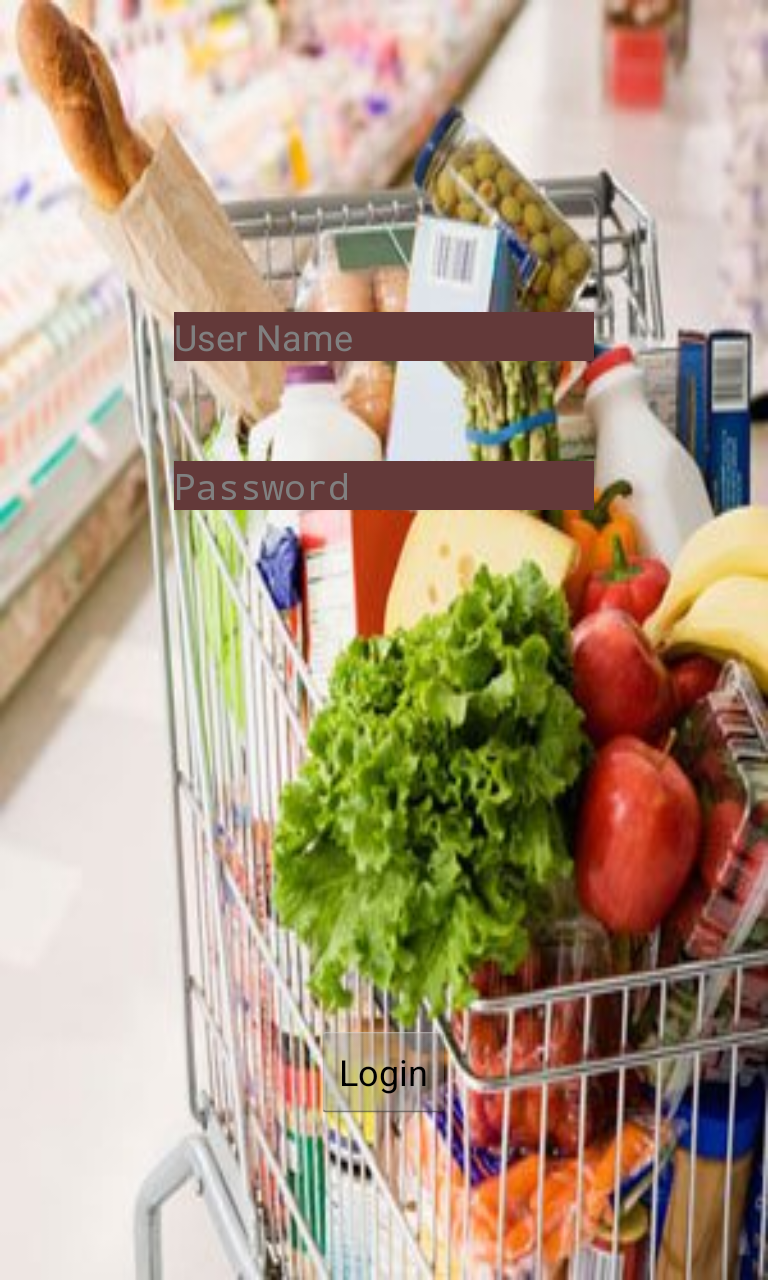
Repository: Shruthi06/designed-droid
Layout: explicitIntent_assignment/res/layout/activity_main.xml
The author's editor kept a copy of each file at every save. The layout is drawn from the files as they stood at one save, then again after the next save.
It is drawn on a 768 x 1280 px phone screen (xhdpi) without system bars, with theme AppTheme; the app's code is not run.

Above is the layout before, as saved 2016-02-03 10:30:51.

### explicitIntent_assignment/res/layout/activity_main.xml
<RelativeLayout xmlns:android="http://schemas.android.com/apk/res/android"
    xmlns:tools="http://schemas.android.com/tools"
    android:layout_width="match_parent"
    android:layout_height="match_parent"
    android:paddingBottom="@dimen/activity_vertical_margin"
    android:paddingLeft="@dimen/activity_horizontal_margin"
    android:paddingRight="@dimen/activity_horizontal_margin"
    android:paddingTop="@dimen/activity_vertical_margin"
    android:background="@drawable/kart"
    tools:context=".MainActivity" >

    <EditText
        android:id="@+id/editTextun"
        android:layout_width="wrap_content"
        android:layout_height="wrap_content"
        android:layout_alignParentTop="true"
        android:layout_centerHorizontal="true"
        android:layout_marginTop="140dp"
        android:ems="10"
        android:background="#633939"

        android:hint="User Name" >


        <requestFocus />
    </EditText>

    <EditText
        android:id="@+id/editTextpw"
        android:layout_width="wrap_content"
        android:layout_height="wrap_content"
        android:layout_below="@+id/editTextun"
        android:layout_centerHorizontal="true"
        android:layout_marginTop="50dp"
        android:ems="10"
        android:hint="Password"
        android:background="#633939"
        android:inputType="textPassword" />

    <Button
        android:id="@+id/buttonlogin"
        android:layout_width="wrap_content"
        android:layout_height="wrap_content"
        android:layout_alignParentBottom="true"
        android:layout_centerHorizontal="true"
        android:layout_marginBottom="64dp"
        android:text="Login" />

</RelativeLayout>

Loaded but not shown: explicitIntent_assignment/res/values/styles.xml (common file); explicitIntent_assignment/res/values-v11/styles.xml (common file); explicitIntent_assignment/res/values-v14/styles.xml (common file); explicitIntent_assignment/res/values/dimens.xml (common file)

After the next save:
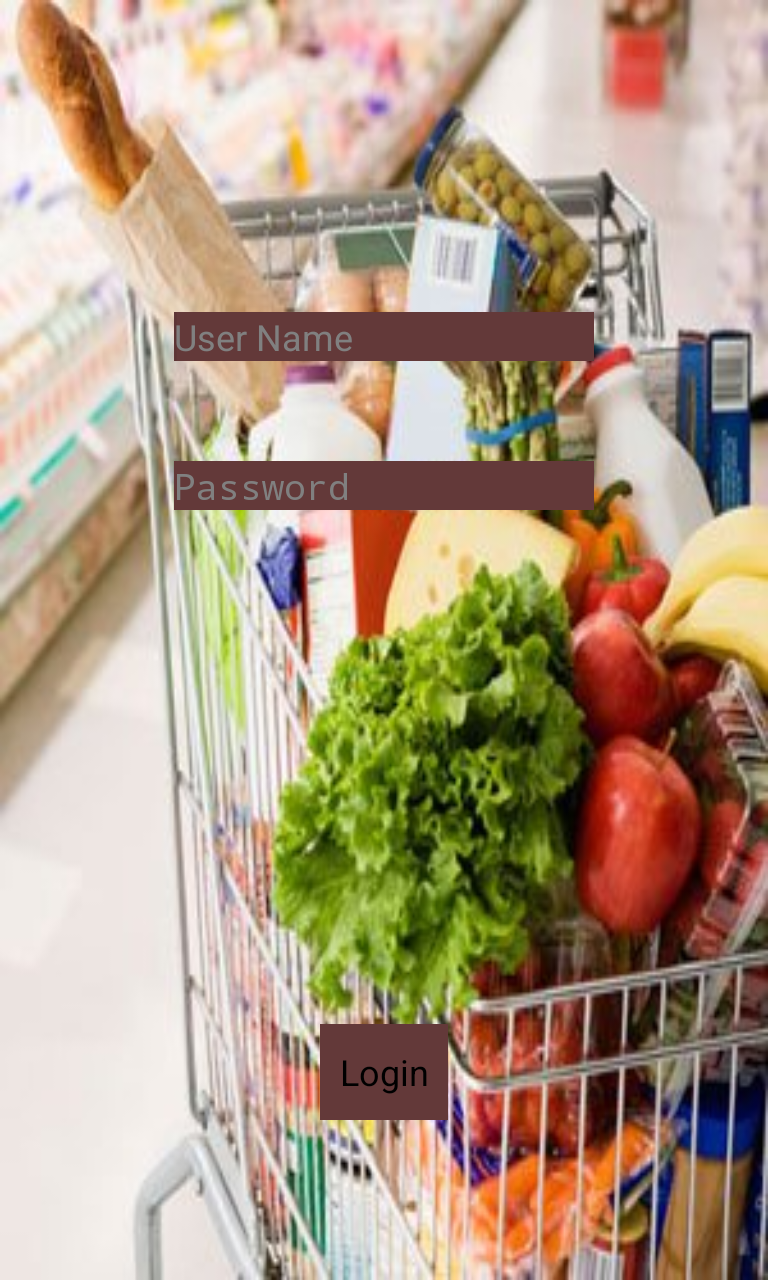
Saved 20 s later.
--- a/explicitIntent_assignment/res/layout/activity_main.xml
+++ b/explicitIntent_assignment/res/layout/activity_main.xml
@@ -44,6 +44,7 @@
         android:layout_alignParentBottom="true"
         android:layout_centerHorizontal="true"
         android:layout_marginBottom="64dp"
+        android:background="#633939"
         android:text="Login" />
 
 </RelativeLayout>
